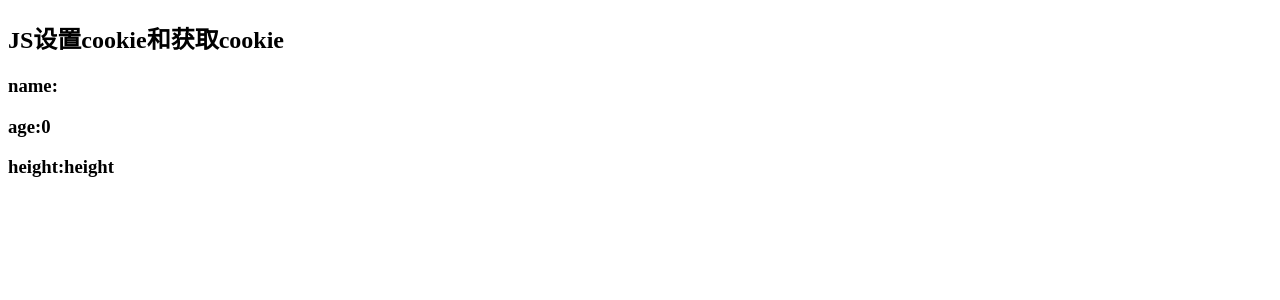
Repository: Gin1217/frontStudy
Page: html/js-cookie.html
An editor plug-in stored every save of this project. The page is shown before and after the next save, followed by the edit.
The browser window is 1280 px wide. The pictures show the whole page.

Above is the page before, as saved 2021-03-21 23:28:08.
Not found: html/js-basic-fx/get-page-height.js
Not found: html/js-basic-fx/js-cookie.js

### html/js-cookie.html
<!DOCTYPE html>
<html lang="en">

<head>
    <meta charset="UTF-8">
    <meta http-equiv="X-UA-Compatible" content="IE=edge">
    <meta name="viewport" content="width=device-width, initial-scale=1.0">
    <title>JS设置cookie和获取cookie</title>
</head>

<body>
    <div id="app">
        <h2>JS设置cookie和获取cookie</h2>
        <h3>name:{{name}}</h3>
        <h3>age:{{age}}</h3>
        <h3>height:{{height}}</h3>
    </div>
    <script src="https://cdn.jsdelivr.net/npm/vue/dist/vue.js"></script>
    <script src="js-basic-fx/js-cookie.js"></script>
    <script src="js-basic-fx/get-page-height.js"></script>
    <script>
        const app = new Vue({
            el: '#app',
            data: {
                name: '',
                age: 0,
                height: 'height',
            },
            created() {
                setCookie('name', 'hello word', 20 * 1000)
                setCookie('age',20)
                setCookie('height',618)
                this.name = getCookie('name')
                this.age = getCookie('age')
                this.height = getCookie('height')
                console.log(getCookie(' name '))
                console.log(getCookie('age'))
                // console.log(getCookie('height'))
                console.log(getPageHeight('height'));
            },
        })
    </script>
</body>

</html>

### js/js-cookie.js
/**
 * 设置cookie值
 * setCookie(键，值，保存时长（毫秒）)
 * @param name cookie对应名字
 * @param value 该cookie对应的值
 * @param Hours
 */
 function setCookie(name, value, expire) {
    let date = new Date();
    date.setTime(Number(date) + expire);
    document.cookie = name + "=" + escape(value) + (expire == null ? "" : ";expires=" + date.toGMTString())
  }

  /**
   * JS获取Cookie
   * @param name cookie对应名字
   * @returns {string}
   */
  function getCookie (name) {
      if(document.cookie.length > 0) {
          start = document.cookie.indexOf(name + "=")//获取字符串起点
          if(start != -1) {
              start = start + name.length + 1//获取值的起点
              end = document.cookie.indexOf(";",start)//获取结尾处
              if(end == -1) end = document.cookie.length//如果是最后一个，结尾就是cookie字符串的结尾
              return decodeURI(document.cookie.substring(start, end))//获取字符串返回
          }

      }
  return ""
  }

After the next save:
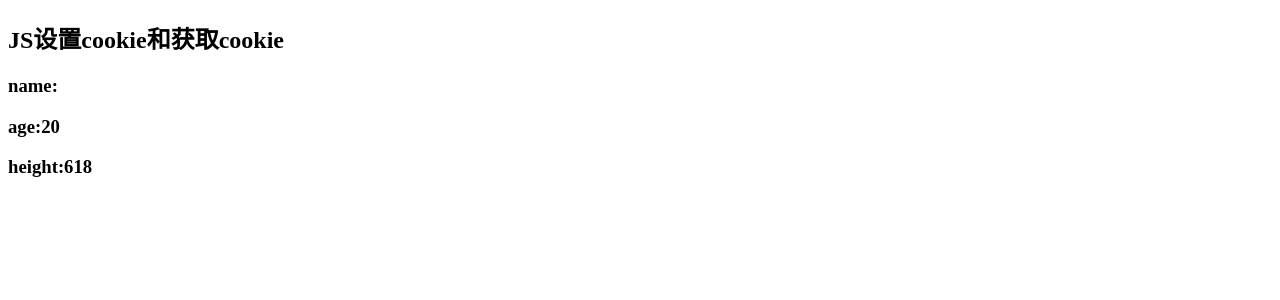
Saved 3 min 27 s later.
--- a/html/js-cookie.html
+++ b/html/js-cookie.html
@@ -16,7 +16,7 @@
         <h3>height:{{height}}</h3>
     </div>
     <script src="https://cdn.jsdelivr.net/npm/vue/dist/vue.js"></script>
-    <script src="js-basic-fx/js-cookie.js"></script>
+    <script src="/js/js-cookie.js"></script>
     <script src="js-basic-fx/get-page-height.js"></script>
     <script>
         const app = new Vue({
